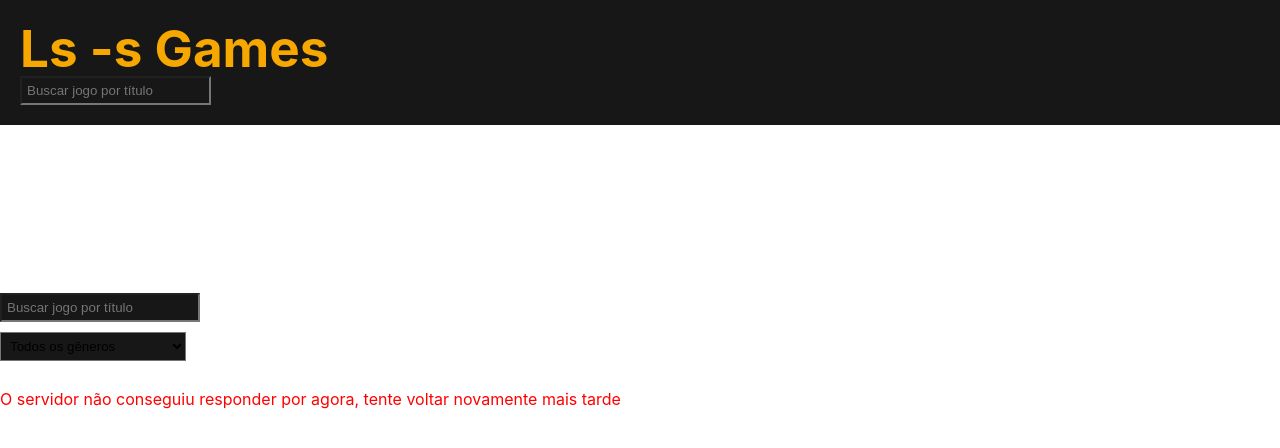
Repository: nlemuel/games-front-test
Page: /
The author's editor kept a copy of each file at every save. The page is drawn from the files as they stood at one save, then again after the next save.
The browser window is 1280 px wide. The pictures show the whole page.
The page's requests for data from a server got no answer. The project was rebuilt for these pictures with package versions that can differ from the ones it lists, and the page was loaded fresh each time. No one was signed in, and anything a server would have sent is missing. Also part of the build but not shown: vite.config.ts.

Above is the page before, as saved 2023-06-25 16:28:31.

After the next save:
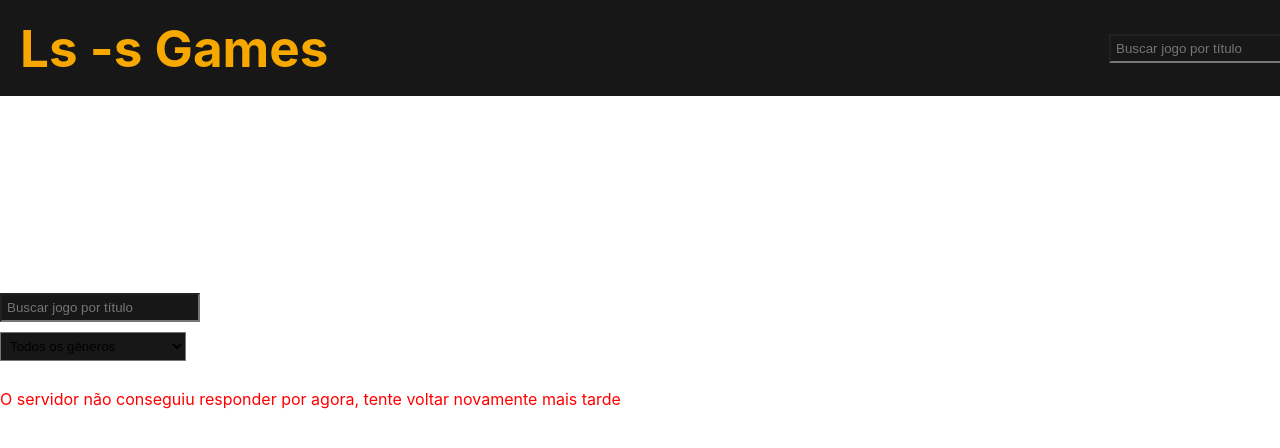
Saved 28 s later.
--- a/src/components/Header/index.tsx
+++ b/src/components/Header/index.tsx
@@ -8,6 +8,10 @@
   top: 0;
   width: 100%;
   z-index: 9999;
+
+  display: flex;
+  justify-content: space-between;
+  align-items: center;
 `;
 
 const Title = styled.h1`

After the 2 saves that followed:
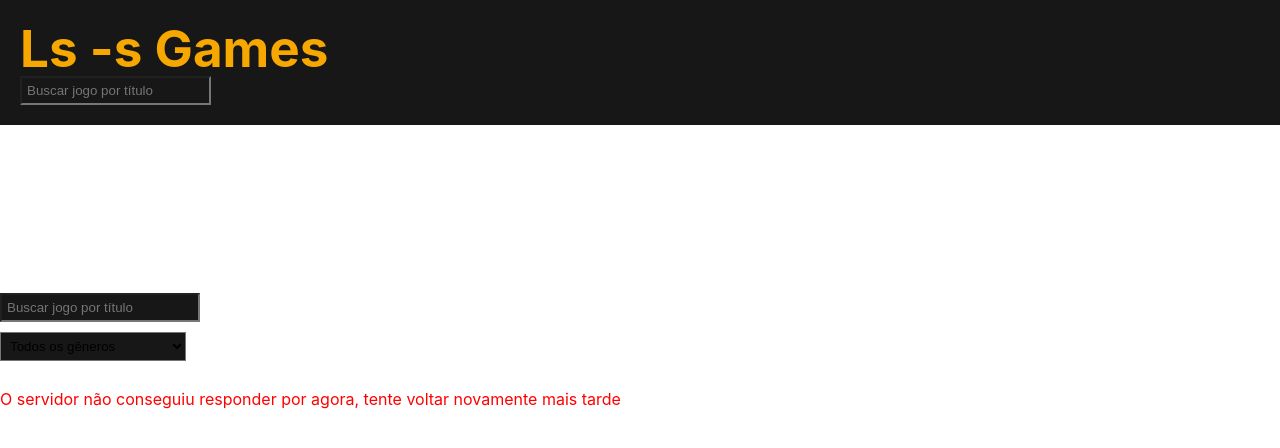
The 2 saves are shown as one change because 1 left the picture as it was.
The last was saved 14 min 43 s later.
--- a/src/components/Header/index.tsx
+++ b/src/components/Header/index.tsx
@@ -8,10 +8,6 @@
   top: 0;
   width: 100%;
   z-index: 9999;
-
-  display: flex;
-  justify-content: space-between;
-  align-items: center;
 `;
 
 const Title = styled.h1`
@@ -25,11 +21,20 @@
   color: #f6a700;
 `;
 
-const Header: React.FC = () => {
+interface HeaderProps {
+    setSearchTerm: React.Dispatch<React.SetStateAction<string>>;
+  }
+
+
+const Header: React.FC<HeaderProps> = ({ setSearchTerm }) => {
+  const handleSearch = (event: React.ChangeEvent<HTMLInputElement>) => {
+    setSearchTerm(event.target.value);
+  };
+
   return (
     <HeaderContainer>
       <Title>Ls -s Games</Title>
-      <SearchBar type="text" placeholder="Buscar jogo por título" />
+      <SearchBar type="text" placeholder="Buscar jogo por título" onChange={handleSearch} />
     </HeaderContainer>
   );
 };
